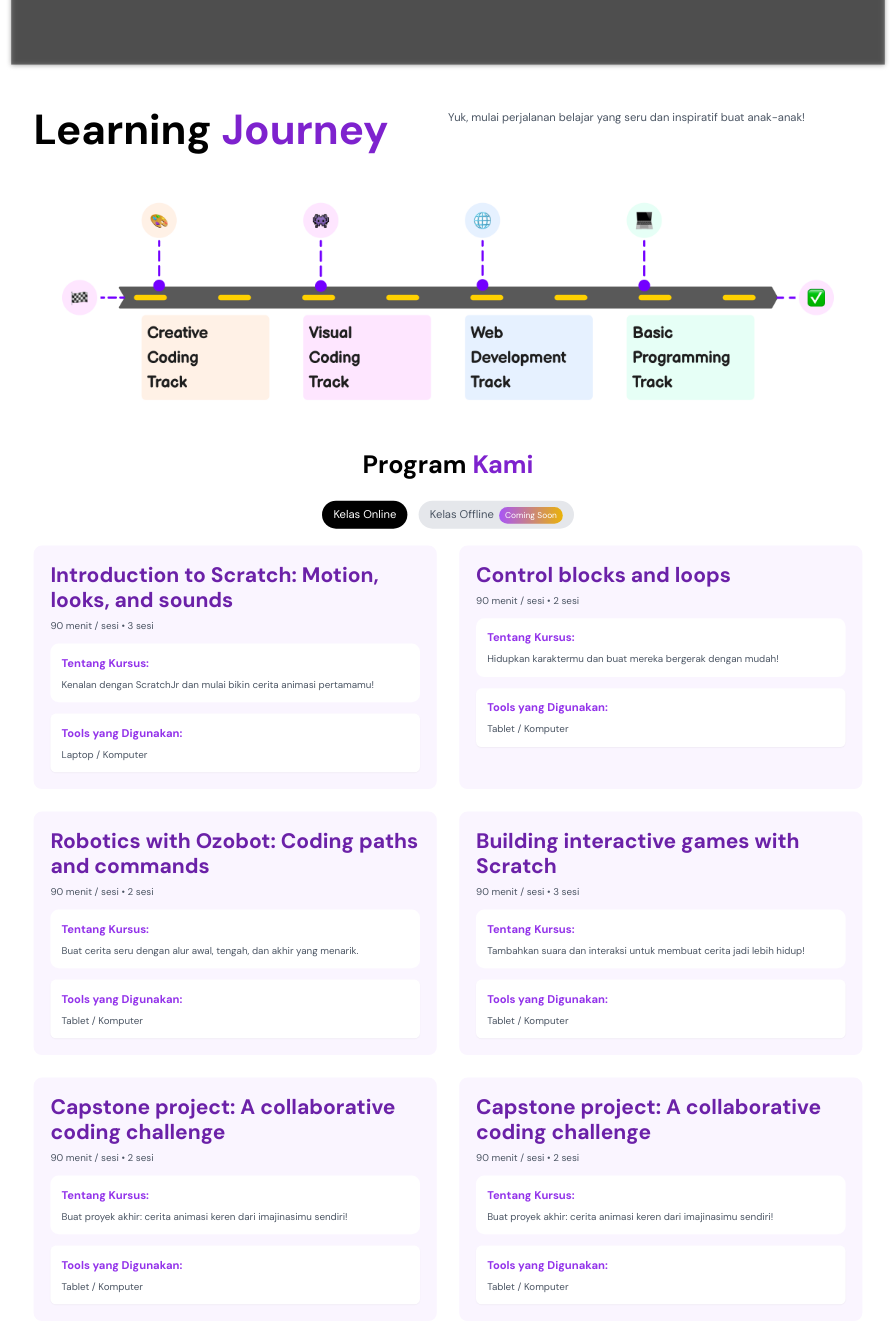
Repository: paskasiregar/ttccomweb
Page: /track/basic-programming
The author's editor kept a copy of each file at every save. The page is drawn from the files as they stood at one save, then again after the next save.
The browser window is 1280 px wide. The pictures show the part of the page from y = 1435 to 3355 px (the page is 3355 px tall), at 70% of full size.
Pictures or frames that could not be fetched are drawn as grey boxes. The project was rebuilt for these pictures with package versions that can differ from the ones it lists, and the page was loaded fresh each time. The framework's server and built-in components were replaced by stand-ins that run in the browser. Also part of the build but not shown: next.config.js, next.config.mjs.

Above is the page before, as saved 2024-11-17 00:05:00.

### src/app/layout.js
import "./globals.css";
import { DM_Sans } from "next/font/google";

const dmSans = DM_Sans({
  subsets: ["latin"],
  weight: ["400", "500", "700"], // Include only the weights you need
  variable: "--font-dm-sans", // Optional: CSS variable for global use
});

export const metadata = {
  title: "Tiny Tech Club",
  description: "Small techies, big dreams 🚀",
};

export default function RootLayout({ children }) {
  return (
    <html lang="en" className={dmSans.variable}>
      <body className="antialiased">{children}</body>
    </html>
  );
}

### src/app/template.js
import React from "react";

export default function TrackTemplate({ title, description, children }) {
  return (
    <div>
      {/* Hero Section */}
      <div className="relative h-screen w-full">
        <img
          src="https://images.unsplash.com/photo-1494783367193-149034c05e8f"
          alt="Background"
          className="absolute inset-0 w-full h-full object-cover filter blur-sm"
        />
        <div className="absolute inset-0 bg-black bg-opacity-50"></div>
        <div className="absolute inset-0 flex flex-col items-center justify-center">
          <h1 className="text-4xl text-white font-bold">{title}</h1>
          <p className="text-xl text-white mt-4">{description}</p>
        </div>
      </div>

      {/* Content Section */}
      <div className="max-w-7xl mx-auto px-4 py-8">{children}</div>
    </div>
  );
}

### src/app/track/[track]/page.js
"use client";
import { useParams } from "next/navigation";
import TrackTemplate from "../[track]";
import Image from "next/image";
import ljImage from "@/assets/lj.png";
import ProgramTabs from "@/components/programTabs";

export default function TrackPage() {
  const { track } = useParams();

  const trackDetails = {
    "creative-coding": {
      title: "Creative Coding Track",
      description:
        "Kenalkan coding ke anak-anak dengan aktivitas seru dan edukatif. Cocok banget buat usia 4-5 tahun untuk membangun kemampuan berpikir logis.",
      backgroundImage:
        "https://images.unsplash.com/photo-1544717305-2782549b5136", // Replace with a relevant Creative Coding image
    },
    "visual-coding": {
      title: "Visual Coding Track",
      description:
        "Belajar konsep pemrograman visual pakai ScratchJr. Cocok buat anak usia 6-7 tahun untuk bikin cerita dan proyek seru sambil belajar coding dasar.",
      backgroundImage:
        "https://images.unsplash.com/photo-1573164574393-b9b12c3ff9c6", // Replace with a relevant Visual Coding image
    },
    "web-development": {
      title: "Web Development Track",
      description:
        "Belajar dasar-dasar pengembangan web dengan HTML, CSS, dan JavaScript. Cocok untuk usia 8-12 tahun untuk membuat proyek web mini yang menarik.",
      backgroundImage:
        "https://images.unsplash.com/photo-1522071820081-009f0129c71c", // Replace with a relevant Web Development image
    },
    "basic-programming": {
      title: "Basic Programming Track",
      description:
        "Pelajari konsep pemrograman inti dengan Python dan JavaScript. Dirancang untuk usia 13-16 tahun untuk membangun aplikasi dunia nyata dan kemampuan pemecahan masalah.",
      backgroundImage:
        "https://images.unsplash.com/photo-1517433456452-f9633a875f6f", // Replace with a relevant Basic Programming image
    },
  };

  const trackCards = {
    "creative-coding": [
      {
        title: "Introduction to Coding Concepts Through Play",
        duration: "30 menit",
        sessions: "2 sesi",
        description:
          "Siswa akan diperkenalkan dengan konsep dasar pemrograman melalui permainan interaktif yang seru dan edukatif. Aktivitas ini membantu membangun fondasi logika pemrograman sejak dini.",
        tools: "iPad / Tab",
      },
      {
        title: "Learning Directional Commands with Bee-Bots",
        duration: "30 menit",
        sessions: "2 sesi",
        description:
          "Siswa akan belajar mengontrol arah dan logika sederhana menggunakan Bee-Bots. Aktivitas ini mengasah kemampuan berpikir logis dan keterampilan pemecahan masalah.",
        tools: "iPad / Tab, Komputer",
      },
      {
        title: "Pattern recognition and sequencing",
        duration: "30 menit",
        sessions: "2 sesi",
        description:
          "Siswa akan mempelajari cara mengenali pola dan urutan logis melalui tugas-tugas menarik. Aktivitas ini meningkatkan kemampuan observasi dan pengelompokan pola.",
        tools: "iPad / Tab, Komputer",
      },
      {
        title: "Simple coding games and collaborative tasks",
        duration: "30 menit",
        sessions: "2 sesi",
        description:
          "Siswa akan bermain game coding sederhana dan menyelesaikan tugas kolaboratif untuk memahami dasar-dasar pemrograman sambil bekerja sama dalam tim.",
        tools: "iPad / Tab, Komputer",
      },
    ],
    "visual-coding": [
      {
        title: "Introduction to ScratchJr and navigating the interface",
        duration: "45 menit",
        sessions: "2 sesi",
        description:
          "Kenalan dengan ScratchJr dan mulai bikin cerita animasi pertamamu!",
        tools: "Laptop / Komputer",
      },
      {
        title: "Building characters and creating movements",
        duration: "45 menit",
        sessions: "2 sesi",
        description:
          "Hidupkan karaktermu dan buat mereka bergerak dengan mudah!",
        tools: "Tablet / Komputer",
      },
      {
        title:
          "Storytelling with coding, creating a beginning, middle, and end",
        duration: "45 menit",
        sessions: "2 sesi",
        description:
          "Buat cerita seru dengan alur awal, tengah, dan akhir yang menarik.",
        tools: "Tablet / Komputer",
      },
      {
        title: "Adding sounds and interactivity",
        duration: "45 menit",
        sessions: "2 sesi",
        description:
          "Tambahkan suara dan interaksi untuk membuat cerita jadi lebih hidup!",
        tools: "Tablet / Komputer",
      },
      {
        title: "Final project: Designing an animated story",
        duration: "45 menit",
        sessions: "2 sesi",
        description:
          "Buat proyek akhir: cerita animasi keren dari imajinasimu sendiri!",
        tools: "Tablet / Komputer",
      },
    ],
    "web-development": [
      {
        title: "Introduction to Scratch: Motion, looks, and sounds",
        duration: "60 menit",
        sessions: "3 sesi",
        description:
          "Kenalan dengan ScratchJr dan mulai bikin cerita animasi pertamamu!",
        tools: "Laptop / Komputer",
      },
      {
        title: "Control blocks and loops",
        duration: "60 menit",
        sessions: "2 sesi",
        description:
          "Hidupkan karaktermu dan buat mereka bergerak dengan mudah!",
        tools: "Tablet / Komputer",
      },
      {
        title: "Robotics with Ozobot: Coding paths and commands",
        duration: "60 menit",
        sessions: "3 sesi",
        description:
          "Buat cerita seru dengan alur awal, tengah, dan akhir yang menarik.",
        tools: "Tablet / Komputer",
      },
      {
        title: "Building interactive games with Scratch",
        duration: "60 menit",
        sessions: "2 sesi",
        description:
          "Tambahkan suara dan interaksi untuk membuat cerita jadi lebih hidup!",
        tools: "Tablet / Komputer",
      },
      {
        title: "Capstone project: A collaborative coding challenge",
        duration: "60 menit",
        sessions: "2 sesi",
        description:
          "Buat proyek akhir: cerita animasi keren dari imajinasimu sendiri!",
        tools: "Tablet / Komputer",
      },
    ],
    "basic-programming": [
      {
        title: "Introduction to Scratch: Motion, looks, and sounds",
        duration: "90 menit",
        sessions: "3 sesi",
        description:
          "Kenalan dengan ScratchJr dan mulai bikin cerita animasi pertamamu!",
        tools: "Laptop / Komputer",
      },
      {
        title: "Control blocks and loops",
        duration: "90 menit",
        sessions: "2 sesi",
        description:
          "Hidupkan karaktermu dan buat mereka bergerak dengan mudah!",
        tools: "Tablet / Komputer",
      },
      {
        title: "Robotics with Ozobot: Coding paths and commands",
        duration: "90 menit",
        sessions: "2 sesi",
        description:
          "Buat cerita seru dengan alur awal, tengah, dan akhir yang menarik.",
        tools: "Tablet / Komputer",
      },
      {
        title: "Building interactive games with Scratch",
        duration: "90 menit",
        sessions: "3 sesi",
        description:
          "Tambahkan suara dan interaksi untuk membuat cerita jadi lebih hidup!",
        tools: "Tablet / Komputer",
      },
      {
        title: "Capstone project: A collaborative coding challenge",
        duration: "90 menit",
        sessions: "2 sesi",
        description:
          "Buat proyek akhir: cerita animasi keren dari imajinasimu sendiri!",
        tools: "Tablet / Komputer",
      },
      {
        title: "Capstone project: A collaborative coding challenge",
        duration: "90 menit",
        sessions: "2 sesi",
        description:
          "Buat proyek akhir: cerita animasi keren dari imajinasimu sendiri!",
        tools: "Tablet / Komputer",
      },
    ],
  };

  const trackData = trackDetails[track] || {
    title: "Track Tidak Ditemukan",
    description: "Track yang kamu cari nggak ada nih.",
    backgroundImage:
      "https://images.unsplash.com/photo-1506748686214-e9df14d4d9d0", // Default image for not found
  };

  const cards = trackCards[track] || [];

  return (
    <div className="mx-auto">
      {/* Back Button */}
      <div className="my-4 px-4 sm:px-8">
        <button
          className="secondary-button"
          onClick={() => (window.location.href = "/")}
        >
          &lt; Kembali
        </button>
      </div>

      {/* Track Template */}
      <section>
        <TrackTemplate
          title={trackData.title}
          description={trackData.description}
          backgroundImage={trackData.backgroundImage}
        />

        {/* Learning Journey Section */}
        <section className="w-full my-8 px-4 sm:px-8 max-w-container py-20">
          <div>
            <div className="flex flex-col md:flex-row items-center md:items-start md:justify-between">
              <div className="max-w-lg md:w-1/2">
                <h1 className="text-6xl md:text-6xl font-bold mb-8">
                  Learning <span className="text-purple-700">Journey</span>
                </h1>
              </div>
              <div className="mt-6 md:mt-0 md:w-1/2 mb-8">
                <p className="text-gray-600 text-base md:text-md">
                  Yuk, mulai perjalanan belajar yang seru dan inspiratif buat
                  anak-anak!
                </p>
              </div>
            </div>
            <div className="mt-6 md:mt-0 mb-8">
              <Image
                src={ljImage}
                alt="Perjalanan Belajar"
                width={1440}
                height={1000}
                className="rounded-lg"
              />
            </div>
          </div>
        </section>

        {/* Our Program Section */}
        <section className="w-full my-8 px-4 sm:px-8 max-w-container mb-8">
          <h2 className="text-center text-4xl font-bold mb-8">
            Program <span className="text-purple-700">Kami</span>
          </h2>
          <ProgramTabs cards={cards} />
        </section>
      </section>
    </div>
  );
}

### src/app/globals.css
@tailwind base;
@tailwind components;
@tailwind utilities;

@import url('https://fonts.googleapis.com/css2?family=DM+Sans:wght@400;500;700&display=swap');

:root {
  --font-dm-sans: "DM Sans", sans-serif;
}

@font-face {
  font-family: 'DM Sans';
  src: url('/fonts/DM-Sans.woff2') format('woff2'),
    url('/fonts/DM-Sans.woff') format('woff');
  font-weight: 400;
  font-style: normal;
}

body {
  font-family: 'DM Sans', sans-serif;
}

.dm-sans-custom {
  font-family: "DM Sans", sans-serif;
  font-optical-sizing: auto;
  font-weight: 400;
  font-style: normal;
}

body {
  font-family: 'DM Sans', Arial, Helvetica, sans-serif;
  margin: 0;
  padding: 0;
  box-sizing: border-box;
}

*,
*::before,
*::after {
  box-sizing: inherit;
}

/* Container class for centering content */
.max-w-container {
  max-width: 1440px;
  margin: 0 auto;
  padding: 0 16px;
  /* Optional padding for spacing on smaller screens */
}

### src/app/track/[track].js
import React from "react";

export default function TrackTemplate({ title, description, children }) {
  return (
    <div>
      {/* Hero Section */}
      <div className="relative h-screen w-full">
        <img
          src="https://images.unsplash.com/photo-1494783367193-149034c05e8f"
          alt="Background"
          className="absolute inset-0 w-full h-full object-cover filter blur-sm"
        />
        <div className="absolute inset-0 bg-black bg-opacity-50"></div>
        <div className="absolute inset-0 flex flex-col items-center justify-center">
          <h1 className="text-6xl text-white font-bold p-8">{title}</h1>
          <p className="text-xl text-white mt-4 p-8">{description}</p>
        </div>
      </div>

      {/* Content Section */}
      <div className="max-w-7xl mx-auto px-4 py-8">{children}</div>
    </div>
  );
}

### src/components/programTabs.jsx
import React, { useState } from "react";
import ClassCard from "./classCard";

function ProgramTabs({ cards }) {
  const [activeTab, setActiveTab] = useState("online");

  const tabs = [
    { id: "online", label: "Kelas Online" },
    { id: "offline", label: "Kelas Offline" },
  ];

  const handleTabClick = (tabId) => setActiveTab(tabId);

  return (
    <div className="w-full">
      {/* Tabs */}
      <div className="flex justify-center space-x-4 mb-6">
        {tabs.map((tab) => (
          <button
            key={tab.id}
            className={`py-2 px-4 rounded-full ${
              activeTab === tab.id
                ? "bg-black text-white"
                : "bg-gray-200 text-gray-600"
            }`}
            onClick={() => handleTabClick(tab.id)}
            disabled={tab.id === "offline"}
          >
            {tab.label}
            {tab.id === "offline" && (
              <span className="ml-2 bg-gradient-to-r from-purple-500 to-yellow-500 text-white px-2 py-1 text-xs rounded-full">
                Coming Soon
              </span>
            )}
          </button>
        ))}
      </div>

      {/* Tab Content */}
      <div>
        {activeTab === "online" && (
          <div className="grid grid-cols-1 md:grid-cols-2 gap-8">
            {cards.map((card, index) => (
              <ClassCard key={index} {...card} />
            ))}
          </div>
        )}
      </div>
    </div>
  );
}

export default ProgramTabs;

### src/components/classCard.jsx
import React from "react";
import PropTypes from "prop-types";

function ClassCard({ title, duration, sessions, description, tools }) {
  return (
    <div className="bg-purple-50 rounded-xl p-6">
      {/* Title */}
      <h3 className="text-3xl font-bold text-purple-800 mb-2">{title}</h3>

      {/* Duration and Sessions */}
      <p className="text-gray-600 text-sm mb-4">
        {duration} / sesi • {sessions}
      </p>

      {/* Description */}
      <div className="bg-white rounded-xl p-4 mb-4">
        <h4 className="text-purple-600 font-semibold mb-2">Tentang Kursus:</h4>
        <p className="text-gray-600 text-sm">{description}</p>
      </div>

      {/* Tools */}
      <div className="bg-white rounded-lg p-4 shadow-sm">
        <h4 className="text-purple-600 font-semibold mb-2">
          Tools yang Digunakan:
        </h4>
        <p className="text-gray-600 text-sm">{tools}</p>
      </div>
    </div>
  );
}

ClassCard.propTypes = {
  title: PropTypes.string.isRequired,
  duration: PropTypes.string.isRequired,
  sessions: PropTypes.string.isRequired,
  description: PropTypes.string.isRequired,
  tools: PropTypes.string.isRequired,
};

export default ClassCard;

Loaded but not shown: tailwind.config.js (common file)

After the next save:
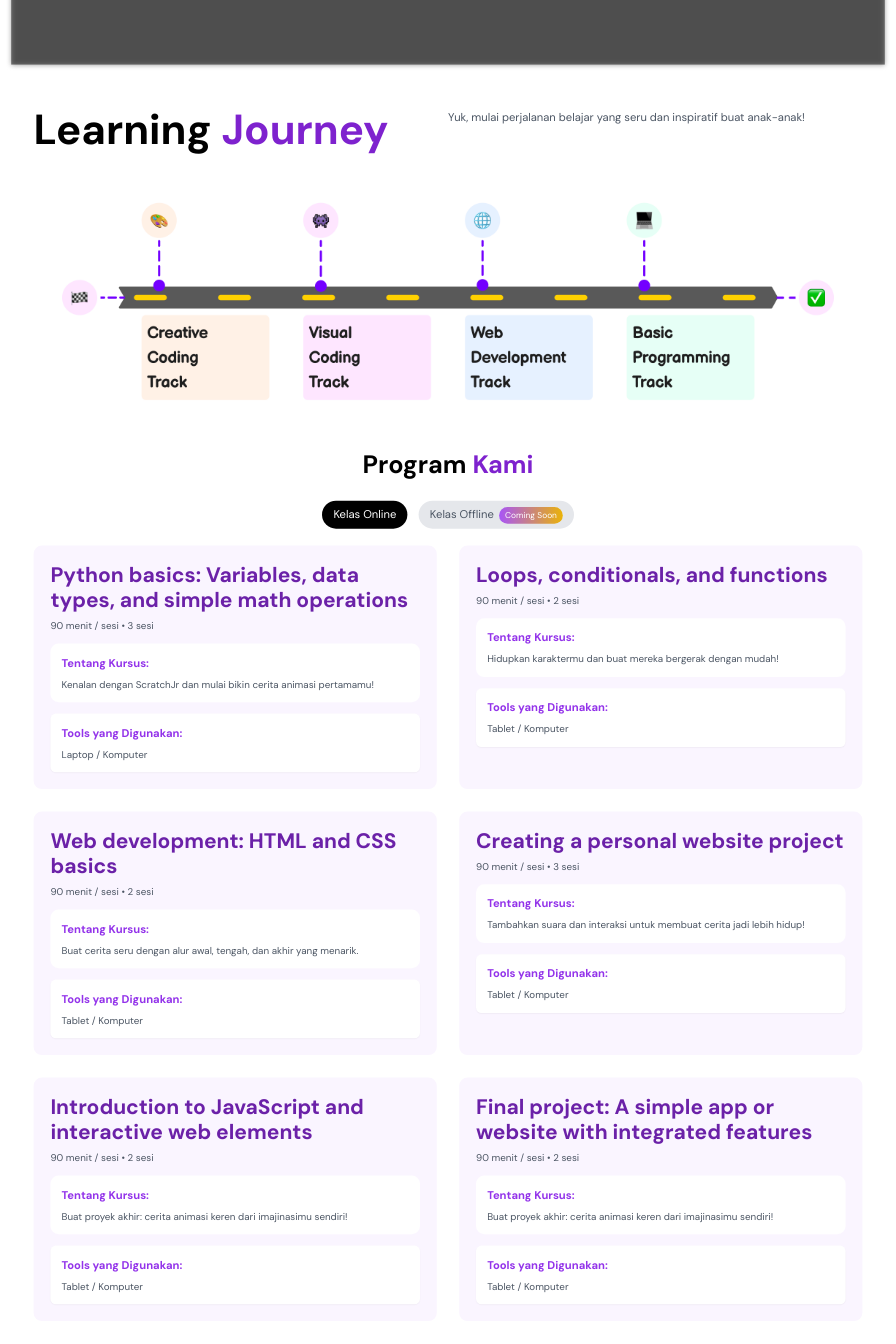
Saved 54 s later.
--- a/src/app/track/[track]/page.js
+++ b/src/app/track/[track]/page.js
@@ -161,7 +161,8 @@ export default function TrackPage() {
     ],
     "basic-programming": [
       {
-        title: "Introduction to Scratch: Motion, looks, and sounds",
+        title:
+          "Python basics: Variables, data types, and simple math operations",
         duration: "90 menit",
         sessions: "3 sesi",
         description:
@@ -169,7 +170,7 @@ export default function TrackPage() {
         tools: "Laptop / Komputer",
       },
       {
-        title: "Control blocks and loops",
+        title: "Loops, conditionals, and functions",
         duration: "90 menit",
         sessions: "2 sesi",
         description:
@@ -177,7 +178,7 @@ export default function TrackPage() {
         tools: "Tablet / Komputer",
       },
       {
-        title: "Robotics with Ozobot: Coding paths and commands",
+        title: "Web development: HTML and CSS basics",
         duration: "90 menit",
         sessions: "2 sesi",
         description:
@@ -185,7 +186,7 @@ export default function TrackPage() {
         tools: "Tablet / Komputer",
       },
       {
-        title: "Building interactive games with Scratch",
+        title: "Creating a personal website project",
         duration: "90 menit",
         sessions: "3 sesi",
         description:
@@ -193,15 +194,16 @@ export default function TrackPage() {
         tools: "Tablet / Komputer",
       },
       {
-        title: "Capstone project: A collaborative coding challenge",
-        duration: "90 menit",
-        sessions: "2 sesi",
-        description:
-          "Buat proyek akhir: cerita animasi keren dari imajinasimu sendiri!",
-        tools: "Tablet / Komputer",
-      },
-      {
-        title: "Capstone project: A collaborative coding challenge",
+        title: "Introduction to JavaScript and interactive web elements",
+        duration: "90 menit",
+        sessions: "2 sesi",
+        description:
+          "Buat proyek akhir: cerita animasi keren dari imajinasimu sendiri!",
+        tools: "Tablet / Komputer",
+      },
+      {
+        title:
+          "Final project: A simple app or website with integrated features",
         duration: "90 menit",
         sessions: "2 sesi",
         description:
